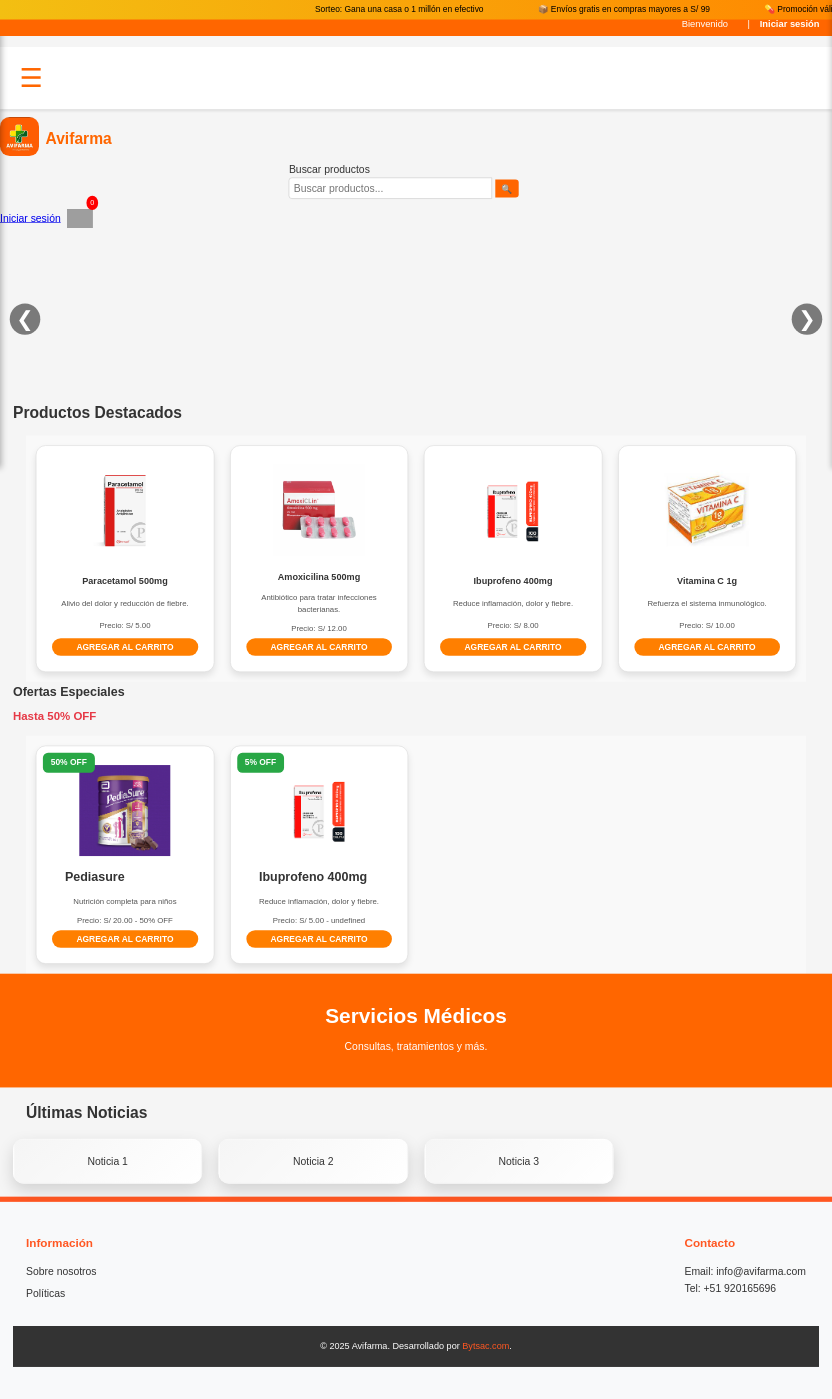
Repository: AVH75/avifarma-tienda
Page: index.html
These files come from the project's save history. The page is drawn as it stood at one moment and after the next save; the edit follows.
The browser window is 1280 px wide. The pictures show the whole page, at 65% of full size.
Pictures or frames that could not be fetched are drawn as grey boxes.

Above is the page before, as saved 2025-09-10 17:04:01.

After the next save:
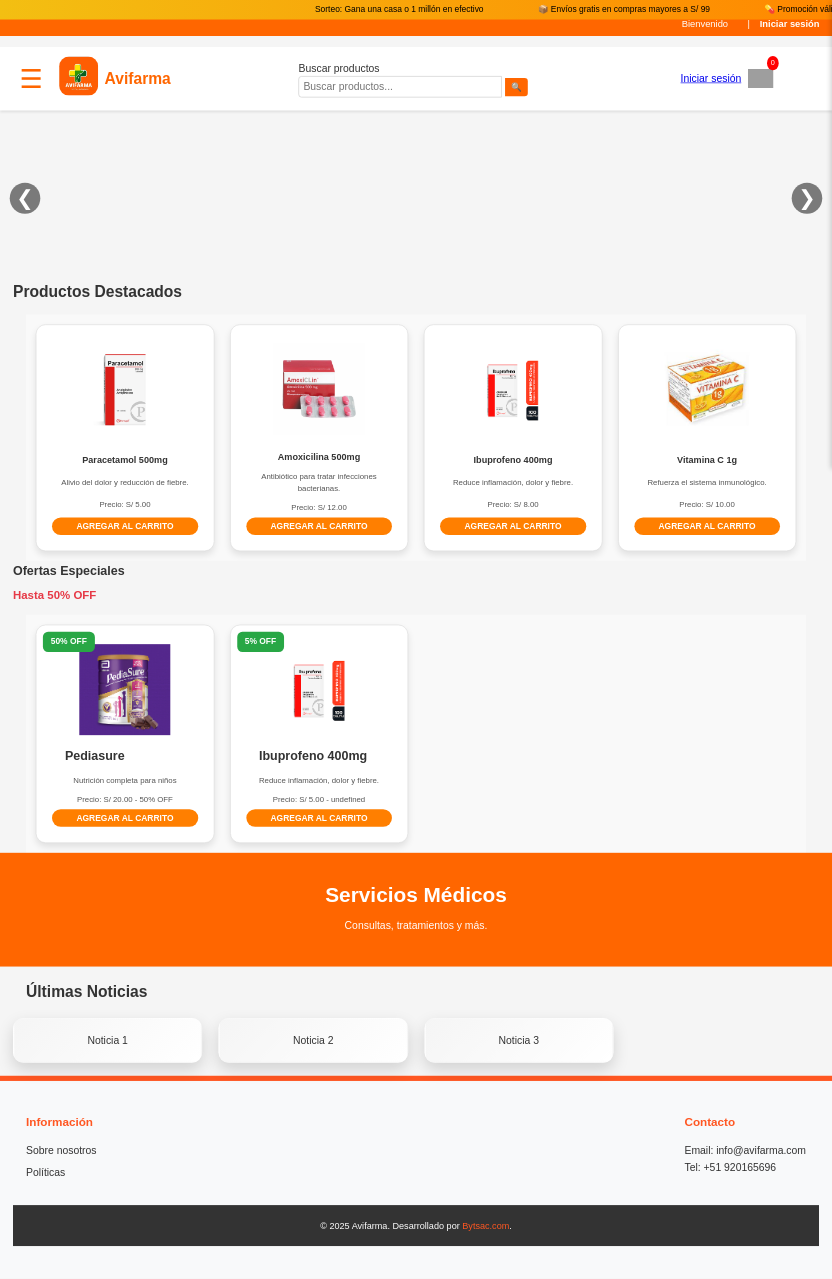
Saved 5 min 44 s later.
--- a/index.html
+++ b/index.html
@@ -82,6 +82,7 @@
  <!-- =========================
        🔹 HEADER PRINCIPAL
 ========================= -->
+
 <header class="header sticky" role="banner">
   <div class="main-header">
 
@@ -91,23 +92,6 @@
       <button class="menu-toggle" id="menu-toggle" aria-label="Abrir menú de navegación" aria-controls="nav" aria-expanded="false">
         ☰
       </button>
-      <!-- Logo u otros elementos -->
-    </div>
-
-    <!-- Menú lateral (oculto por defecto) -->
-    <div id="nav" class="menu">
-      <ul>
-        <li><a href="#">Inicio</a></li>
-        <li><a href="#">Productos</a></li>
-        <li><a href="#">Servicios</a></li>
-        <li><a href="#">Contacto</a></li>
-      </ul>
-    </div>
-
-    <!-- Fondo oscuro (overlay) -->
-    <div id="overlay-menu" class="overlay"></div>
-  </div>
-</header>
 
       <!-- 🔸 Logo de Avifarma y nombre -->
       <div class="logo">
